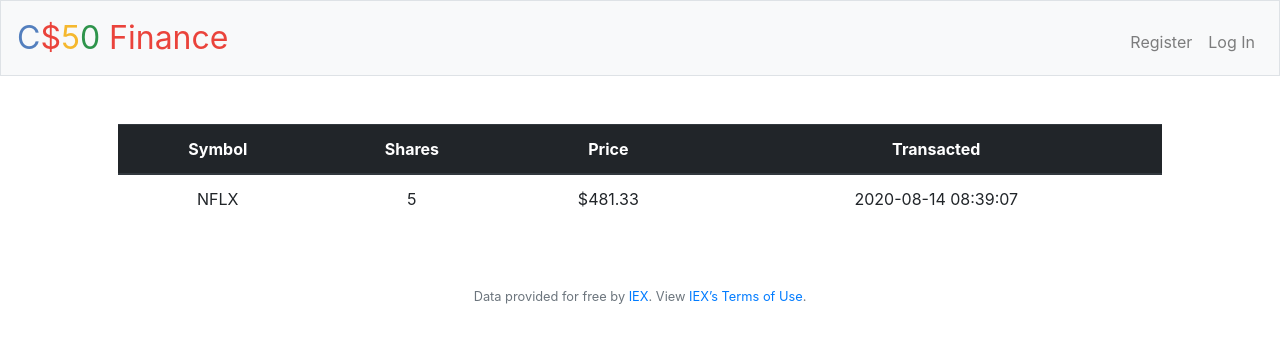
Repository: Ashu-r/finance_cs50
Page: pset8/finance/templates/history.html
The author's editor kept a record of every edit. The page is drawn from the files as they stood at one moment, then again after the next edit.
The browser window is 1280 px wide. The pictures show the whole page.
The template is drawn by Flask 3. The application's start-up code is not run. The template is opened directly, without the code that normally fills it, so the values that code supplies are empty.

Above is the page before.

After the next edit:
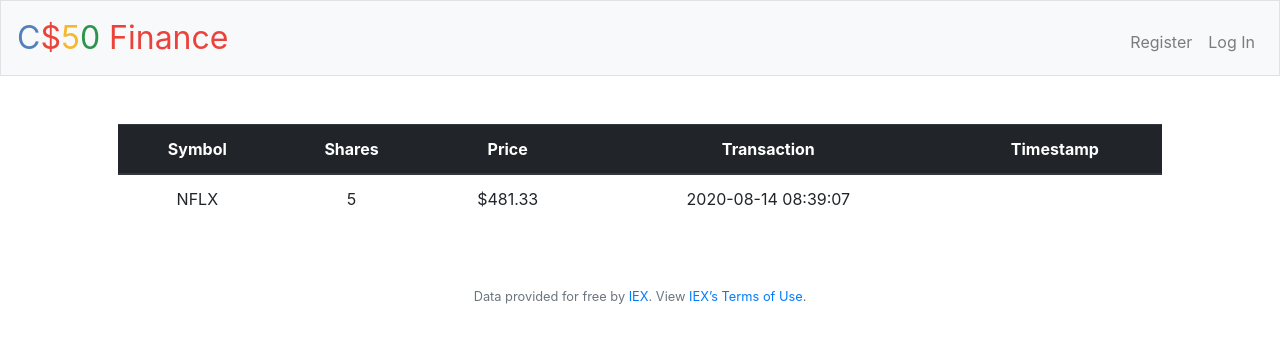
The edit:
--- a/pset8/finance/templates/history.html
+++ b/pset8/finance/templates/history.html
@@ -11,7 +11,8 @@
                 <th>Symbol</th>
                 <th>Shares</th>
                 <th>Price</th>
-                <th>Transacted</th>
+                <th>Transaction</th>
+                <th>Timestamp</th>
             </tr>
         </thead>
         <tbody>
